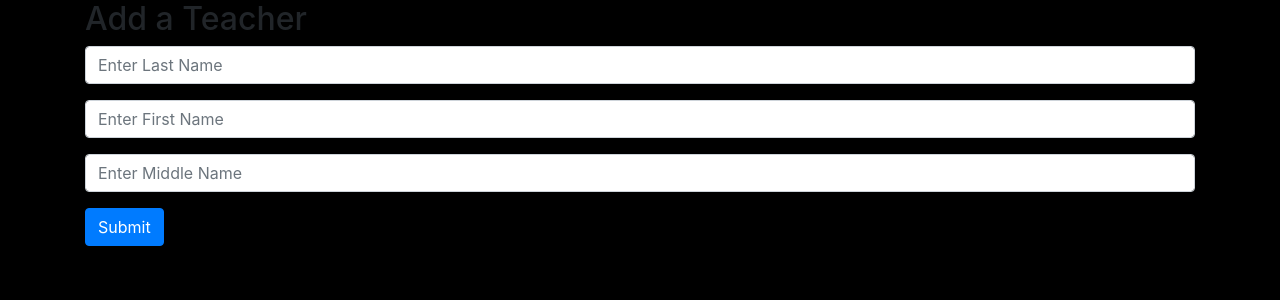
Repository: iyabcd/CS2240
Page: http://localhost/add
The author's editor kept a copy of each file at every save. The page is drawn from the files as they stood at one save, then again after the next save.
The browser window is 1280 px wide. The pictures show the whole page.
The page is served by the project's Node server (paa4.1/app.js).

Above is the page before, as saved 2022-03-07 21:59:37.

After the next save:
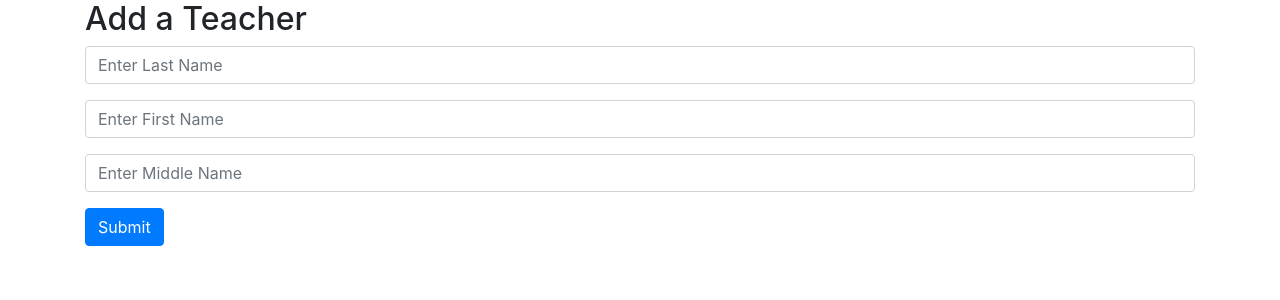
Saved 38 s later.
--- a/paa4.1/views/user_add.ejs
+++ b/paa4.1/views/user_add.ejs
@@ -8,7 +8,7 @@
   <script src="https://ajax.googleapis.com/ajax/libs/jquery/3.4.1/jquery.min.js"></script>
   <script src="https://cdnjs.cloudflare.com/ajax/libs/popper.js/1.14.7/umd/popper.min.js"></script>
   <script src="https://maxcdn.bootstrapcdn.com/bootstrap/4.3.1/js/bootstrap.min.js"></script>
-  <link rel="stylesheet" href="/styles.css">
+  <!-- <link rel="stylesheet" href="/styles.css"> -->
 </head>
 <body>
 
